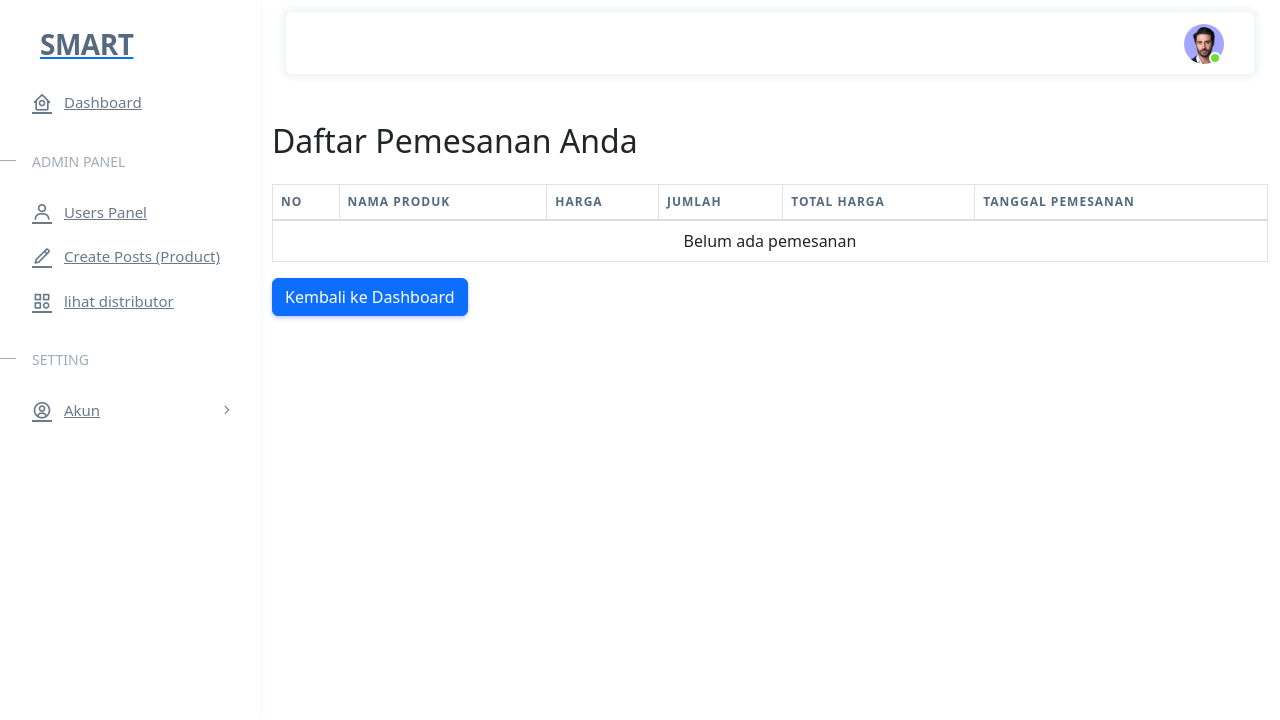
Repository: athalantis/SMart
Page: http://localhost/pemesanan.php
An editor plug-in stored every save of this project. The page is shown before and after a run of saves, followed by the edit.
The browser window is 1280 px wide. The pictures show the whole page.
Some web fonts or font styles are not loaded; a fallback is used. The page is run by PHP 8.4 with error messages shown; the project is at /var/www/html/. The session is filled in as if someone had signed in: {"username": "testuser", "name": "Test User", "role": "admin", "user_id": 1}. Other server files are loaded and not shown. Queries for data that is not in the repository find no rows.

Above is the page before, as saved 2025-03-28 13:47:26.

### pemesanan.php
<?php
session_start();
include 'config.php';
include '.includes/header.php';

// Pastikan pengguna sudah login
if (!isset($_SESSION['user_id'])) {
    header("Location: login.php"); // Redirect jika belum login
    exit();
}

$user_id = $_SESSION['user_id'];

// Query untuk mendapatkan daftar pemesanan berdasarkan user_id
$query = "
    SELECT p.pemesanan_id, p.tanggal_pemesanan, p.jumlah_pemesanan,
           pr.nama_produk, pr.harga, (p.jumlah_pemesanan * pr.harga) AS total_harga
    FROM pemesanan p
    INNER JOIN produk pr ON p.produk_id = pr.produk_id
    WHERE p.user_id = ?
    ORDER BY p.tanggal_pemesanan DESC
";

$stmt = $conn->prepare($query);
$stmt->bind_param("i", $user_id);
$stmt->execute();
$result = $stmt->get_result();
?>

<!DOCTYPE html>
<html lang="id">
<head>
    <meta charset="UTF-8">
    <meta name="viewport" content="width=device-width, initial-scale=1.0">
    <title>Daftar Pemesanan</title>
    <link rel="stylesheet" href="https://cdn.jsdelivr.net/npm/bootstrap@5.3.0/dist/css/bootstrap.min.css">
</head>
<body>
    <div class="container mt-5">
        <h2 class="mb-4">Daftar Pemesanan Anda</h2>
        <table class="table table-bordered">
            <thead>
                <tr>
                    <th>No</th>
                    <th>Nama Produk</th>
                    <th>Harga</th>
                    <th>Jumlah</th>
                    <th>Total Harga</th>
                    <th>Tanggal Pemesanan</th>
                </tr>
            </thead>
            <tbody>
                <?php
                if ($result->num_rows > 0) {
                    $no = 1;
                    while ($row = $result->fetch_assoc()) {
                        echo "<tr>";
                        echo "<td>{$no}</td>";
                        echo "<td>{$row['nama_produk']}</td>";
                        echo "<td>Rp " . number_format($row['harga'], 0, ',', '.') . "</td>";
                        echo "<td>{$row['jumlah_pemesanan']}</td>";
                        echo "<td>Rp " . number_format($row['total_harga'], 0, ',', '.') . "</td>";
                        echo "<td>{$row['tanggal_pemesanan']}</td>";
                        echo "</tr>";
                        $no++;
                    }
                } else {
                    echo "<tr><td colspan='6' class='text-center'>Belum ada pemesanan</td></tr>";
                }
                ?>
            </tbody>
        </table>
        <a href="dashboard.php" class="btn btn-primary">Kembali ke Dashboard</a>
    </div>
</body>
</html>

<?php
$stmt->close();
$conn->close();
?>

### config.php
<?php

$host = "localhost";
$username = "root";
$password = "";
$database = "smart";

$conn = mysqli_connect($host, $username, $password, $database);

if ($conn->connect_error) {
    die("database gagal terkoneksi: " . $conn->connect_error);
}

?>

### .includes/header.php
<?php
// Memasukkan file konfigurasi database
include 'config.php';
// Memasukkan file init session
include "init_session.php";
?>

<!DOCTYPE html>
<html lang="en">
  <head>
    <meta charset="utf-8" />
    <meta name="viewport" content="width=device-width,
    initial-scale=1.0, user-scalable=no, minimum-scale=1.0, maximum-scale=1.0"
    />

    <title>Dashboard &mdash; SMart Market</title>
    <!-- Favicon -->
    <link rel="icon" type="image/x-icon" href="assets/img/favicon/favicon.ico" />
    <!-- Fonts -->
    <link href="https://fonts.googleapis.com/css2?family=Public+Sans:ital,wght@0,300;0,400;0,500;0,600;0,700;1,300;1,400;1,500;1,600;1,700&display=swap" rel="stylesheet" />
    <link rel="stylesheet" href="assets/vendor/fonts/boxicons.css" />

    <!-- Core CSS -->
    <link rel="stylesheet" href="assets/vendor/css/core.css" class="template-customizer-core-css" />
    <link rel="stylesheet" href="assets/vendor/css/theme-default.css" class="template-customizer-theme-css" />
    <link rel="stylesheet" href="assets/css/styles.css" />

    <!-- Vendors CSS -->
    <link rel="stylesheet" href="assets/vendor/css/dataTables.bootstrap5.min.css">
    <link rel="stylesheet" href="assets/vendor/libs/perfect-scrollbar/perfect-scrollbar.css" />
    <!-- Page CSS -->
    <!-- Summernote CSS and JS -->
    <link rel="stylesheet" href="assets/vendor/css/summernote.min.css">
    <!-- Helpers -->
    <script src="assets/vendor/js/helpers.js"></script>
    <!--! Template customizer & Theme config files MUST be included after core stylesheets and helpers.js in the <head> section -->
    <!--? Config:  Mandatory theme config file contain global vars & default theme options, Set your preferred theme option in this file.  -->
    <script src="assets/js/config.js"></script>
  </head>
  <body>
    <!-- Layout wrapper -->
    <div class="layout-wrapper layout-content-navbar">
      <div class="layout-container">
        <?php include "sidemenu.php"; ?>
        <!-- Layout container -->
        <div class="layout-page">
          <?php include "navbar.php"; ?>
          <!-- Content wrapper -->
          <div class="content-wrapper">
            <!-- Content -->

### .includes/init_session.php
<?php
// Pastikan hanya memulai sesi jika belum dimulai
if (session_status() === PHP_SESSION_NONE) {
    session_start();
}

// Cek apakah session sudah diset sebelum mengaksesnya
$userId = $_SESSION["user_id"] ?? null;
$name = $_SESSION["name"] ?? null;
$role = $_SESSION["role"] ?? null;

// Notifikasi hanya ditampilkan sekali, lalu dihapus
if (!empty($_SESSION['notification'])) {
    $notification = $_SESSION['notification'];
    unset($_SESSION['notification']);
} else {
    $notification = null;
}

// Perbaikan logika pengecekan login
if (!$userId || !$role) {
    $_SESSION['notification'] = [
        'type' => 'danger',
        'message' => 'Silakan login terlebih dahulu!'
    ];
    header('Location: ./auth/login.php');
    exit();
}

### .includes/sidemenu.php
<?php
// Mulai output buffering agar tidak ada output sebelum header()
ob_start();

// Mulai session jika belum dimulai
if (session_status() === PHP_SESSION_NONE) {
    session_start();
}

// Pastikan role pengguna ada di session
include "init_session.php"; // Pastikan tidak ada output dalam file ini
$role = $_SESSION['role'] ?? 'user'; // Default role jika tidak ada
?>

<!-- Menu -->
<aside id="layout-menu" class="layout-menu menu-vertical menu bg-menu-theme">
    <div class="app-brand demo">
      <a href="<?= ($role === 'admin') ? 'dashmind.php' : 'dashboard.php'; ?>" class="app-brand-link">
        <span class="app-brand-text demo menu-text fw-bolder ms-2 text-uppercase">SMart</span>
      </a>
      <a href="javascript:void(0);" class="layout-menu-toggle menu-link text-large ms-auto d-block d-xl-none">
        <i class="bx bx-chevron-left bx-sm align-middle"></i>
      </a>
    </div>
    <div class="menu-inner-shadow"></div>

    <ul class="menu-inner py-1">
        <!-- Dashboard -->
        <li class="menu-item">
          <a href="<?= ($role === 'admin') ? 'dashmind.php' : 'dashboard.php'; ?>" class="menu-link">
            <i class="menu-icon tf-icons bx bx-home-circle"></i>
            <div data-i18n="Analytics">Dashboard</div>
          </a>
        </li>

        <?php if ($role !== 'admin') : ?>
        <li class="menu-header small text-uppercase"><span class="menu-header-text">Main</span></li>

        <li class="menu-item">
            <a href="javascript:void(0);" class="menu-link menu-toggle">
              <i class="menu-icon tf-icons bx bx-receipt"></i>
              <div data-i18n="Posts">Pemesanan</div>
            </a>
            <ul class="menu-sub">
              <li class="menu-item">
                <a href="pemesanan.php" class="menu-link">
                  <div data-i18n="Input groups">Riwayat pemesanan</div>
                </a>
              </li>
            </ul>
        </li>

        <li class="menu-item">
            <a href="javascript:void(0);" class="menu-link menu-toggle">
              <i class="menu-icon tf-icons bx bx-cart-alt"></i>
              <div data-i18n="Posts">Produk</div>
            </a>
            <ul class="menu-sub">
              <li class="menu-item">
                <a href="posts.php" class="menu-link">
                  <div data-i18n="Basic Inputs">Checkout</div>
                </a>
              </li>
              <li class="menu-item">
                <a href="kategori.php" class="menu-link">
                  <div data-i18n="Input groups">Kategori</div>
                </a>
              </li>
              <li class="menu-item">
                <a href="kategori.php" class="menu-link">
                  <div data-i18n="Input groups">Mall</div>
                </a>
              </li>
            </ul>
        </li>
        <?php endif; ?>

        <?php if ($role === 'admin') : ?>
        <li class="menu-header small text-uppercase"><span class="menu-header-text">Admin Panel</span></li>

        <li class="menu-item">
            <a href="users.php" class="menu-link">
              <i class="menu-icon tf-icons bx bx-user"></i>
              <div data-i18n="Users Panel">Users Panel</div>
            </a>
        </li>

        <li class="menu-item">
            <a href="products.php" class="menu-link">
              <i class="menu-icon tf-icons bx bx-pencil"></i>
              <div data-i18n="Create Post">Create Posts (Product)</div>
            </a>
        </li>

        <li class="menu-item">
            <a href="distributor.php" class="menu-link">
              <i class="menu-icon tf-icons bx bx-category"></i>
              <div data-i18n="Create Category">lihat distributor</div>
            </a>
        </li>
        <?php endif; ?>

        <!-- Setting -->
        <li class="menu-header small text-uppercase"><span class="menu-header-text">Setting</span></li>
        <li class="menu-item">
            <a href="javascript:void(0);" class="menu-link menu-toggle">
              <i class="menu-icon tf-icons bx bx-user-circle"></i>
              <div data-i18n="Posts">Akun</div>
            </a>
            <ul class="menu-sub">
              <li class="menu-item">
                <a href="kategori.php" class="menu-link">
                  <div data-i18n="Input groups">Pengaturan akun</div>
                </a>
              </li>
              <li class="menu-item">
                <a href="logout.php" class="menu-link">
                  <div data-i18n="Input groups">Logout</div>
                </a>
              </li>
            </ul>
        </li>
    </ul>
</aside>
<!-- / Menu -->

<?php
// Akhiri output buffering
ob_end_flush();
?>

### .includes/navbar.php
<!-- Navbar -->
<nav class="layout-navbar container-xxl navbar navbar-expand-xl
navbar-detached align-items-center bg-navbar-theme" id="layout-navbar">
  <div class="layout-menu-toggle navbar-nav align-items-xl-center me-3 me-xl-0 d-xl-none">
    <a class="nav-item nav-link px-0 me-xl-4" href="javascript:void(0)">
      <i class="bx bx-menu bx-sm"></i>
    </a>
  </div>
  <div class="navbar-nav-right d-flex align-items-center" id="navbar-collapse">
    <ul class="navbar-nav flex-row align-items-center ms-auto">
      <!-- User -->
      <li class="nav-item navbar-dropdown dropdown-user dropdown">
        <a class="nav-link dropdown-toggle hide-arrow" href="javascript:void(0);" data-bs-toggle="dropdown">
          <div class="avatar avatar-online">
            <img src="assets/img/avatars/1.png" alt class="w-px-40 h-auto rounded-circle" />
          </div>
        </a>
        <ul class="dropdown-menu dropdown-menu-end">
          <li>
            <a class="dropdown-item" href="#">
              <div class="d-flex">
                <div class="flex-shrink-0 me-3">
                  <div class="avatar avatar-online">
                    <img src="assets/img/avatars/1.png" alt class="w-px-40 h-auto rounded-circle" />
                  </div>
                </div>
                <div class="flex-grow-1">
                  <span class="fw-semibold d-block"><?php echo $name; ?></span>
                  <small class="text-muted"><?php echo $role; ?></small>
                </div>
              </div>
            </a>
          </li>
          <li>
            <div class="dropdown-divider"></div>
          </li>
          <li>
            <a class="dropdown-item" href="auth/logout.php">
              <i class="bx bx-power-off me-2"></i>
              <span class="align-middle">Log Out</span>
            </a>
          </li>
        </ul>
      </li>
      <!--/ User -->
    </ul>
  </div>
</nav>
<!-- / Navbar -->

### assets/css/styles.css
/*
* demo.css
* File include item demo only specific css only
******************************************************************************/

.menu .app-brand.demo {
  height: 64px;
  margin-top: 12px;
}

.app-brand-logo.demo svg {
  width: 22px;
  height: 38px;
}

.app-brand-text.demo {
  font-size: 1.75rem;
  letter-spacing: -0.5px;
  text-transform: lowercase;
}

/* ! For .layout-navbar-fixed added fix padding top tpo .layout-page */
/* Detached navbar */
.layout-navbar-fixed .layout-wrapper:not(.layout-horizontal):not(.layout-without-menu) .layout-page {
  padding-top: 76px !important;
}
/* Default navbar */
.layout-navbar-fixed .layout-wrapper:not(.layout-without-menu) .layout-page {
  padding-top: 64px !important;
}

/* Navbar page z-index issue solution */
.content-wrapper .navbar {
  z-index: auto;
}

/*
* Content
******************************************************************************/

.demo-blocks > * {
  display: block !important;
}

.demo-inline-spacing > * {
  margin: 1rem 0.375rem 0 0 !important;
}

/* ? .demo-vertical-spacing class is used to have vertical margins between elements. To remove margin-top from the first-child, use .demo-only-element class with .demo-vertical-spacing class. For example, we have used this class in forms-input-groups.html file. */
.demo-vertical-spacing > * {
  margin-top: 1rem !important;
  margin-bottom: 0 !important;
}
.demo-vertical-spacing.demo-only-element > :first-child {
  margin-top: 0 !important;
}

.demo-vertical-spacing-lg > * {
  margin-top: 1.875rem !important;
  margin-bottom: 0 !important;
}
.demo-vertical-spacing-lg.demo-only-element > :first-child {
  margin-top: 0 !important;
}

.demo-vertical-spacing-xl > * {
  margin-top: 5rem !important;
  margin-bottom: 0 !important;
}
.demo-vertical-spacing-xl.demo-only-element > :first-child {
  margin-top: 0 !important;
}

.rtl-only {
  display: none !important;
  text-align: left !important;
  direction: ltr !important;
}

[dir='rtl'] .rtl-only {
  display: block !important;
}

/*
* Layout demo
******************************************************************************/

.layout-demo-wrapper {
  display: -webkit-box;
  display: -ms-flexbox;
  display: flex;
  -webkit-box-align: center;
  -ms-flex-align: center;
  align-items: center;
  -webkit-box-orient: vertical;
  -webkit-box-direction: normal;
  -ms-flex-direction: column;
  flex-direction: column;
  margin-top: 1rem;
}
.layout-demo-placeholder img {
  width: 900px;
}
.layout-demo-info {
  text-align: center;
  margin-top: 1rem;
}

### assets/js/config.js
/**
 * Config
 * -------------------------------------------------------------------------------------
 * ! IMPORTANT: Make sure you clear the browser local storage In order to see the config changes in the template.
 * ! To clear local storage: (https://www.leadshook.com/help/how-to-clear-local-storage-in-google-chrome-browser/).
 */

'use strict';

// JS global variables
let config = {
  colors: {
    primary: '#696cff',
    secondary: '#8592a3',
    success: '#71dd37',
    info: '#03c3ec',
    warning: '#ffab00',
    danger: '#ff3e1d',
    dark: '#233446',
    black: '#000',
    white: '#fff',
    body: '#f4f5fb',
    headingColor: '#566a7f',
    axisColor: '#a1acb8',
    borderColor: '#eceef1'
  }
};

After the next 4 saves:
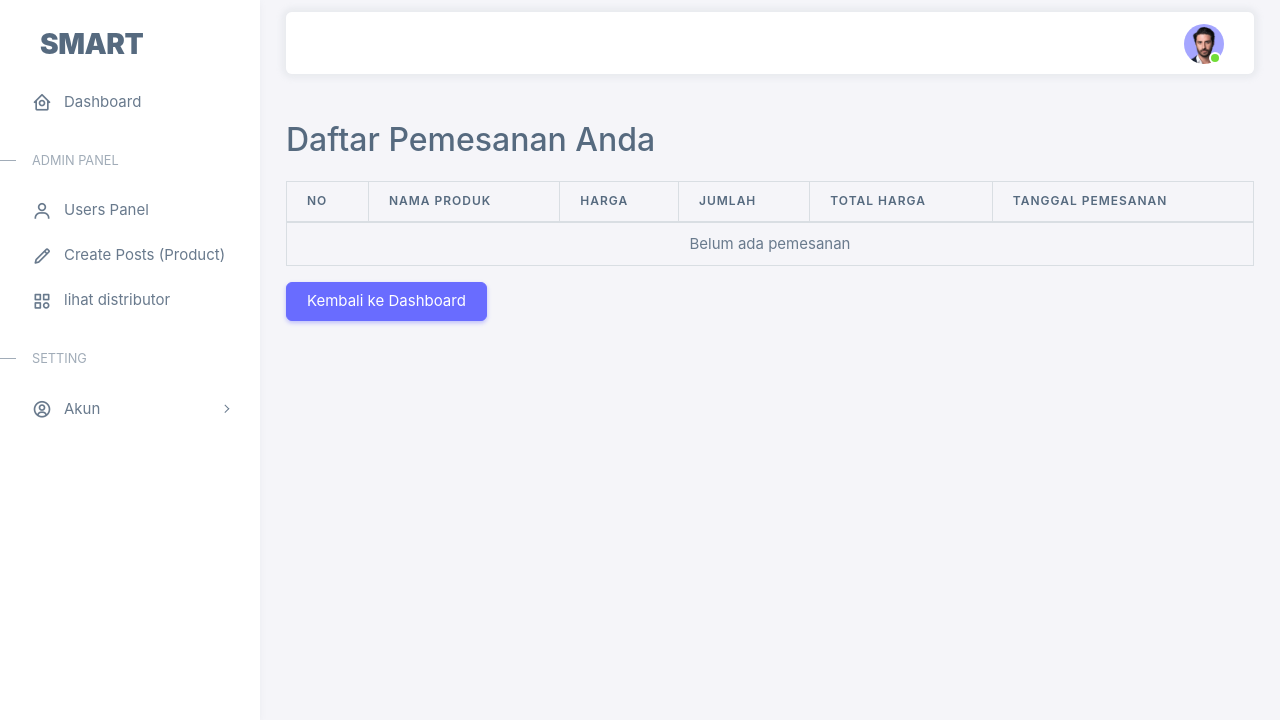
The 4 saves are shown as one change because they came seconds apart.
The last was saved 24 s later.
--- a/pemesanan.php
+++ b/pemesanan.php
@@ -27,15 +27,7 @@ $stmt->execute();
 $result = $stmt->get_result();
 ?>
 
-<!DOCTYPE html>
-<html lang="id">
-<head>
-    <meta charset="UTF-8">
-    <meta name="viewport" content="width=device-width, initial-scale=1.0">
-    <title>Daftar Pemesanan</title>
-    <link rel="stylesheet" href="https://cdn.jsdelivr.net/npm/bootstrap@5.3.0/dist/css/bootstrap.min.css">
-</head>
-<body>
+
     <div class="container mt-5">
         <h2 class="mb-4">Daftar Pemesanan Anda</h2>
         <table class="table table-bordered">
@@ -72,8 +64,6 @@ $result = $stmt->get_result();
         </table>
         <a href="dashboard.php" class="btn btn-primary">Kembali ke Dashboard</a>
     </div>
-</body>
-</html>
 
 <?php
 $stmt->close();
